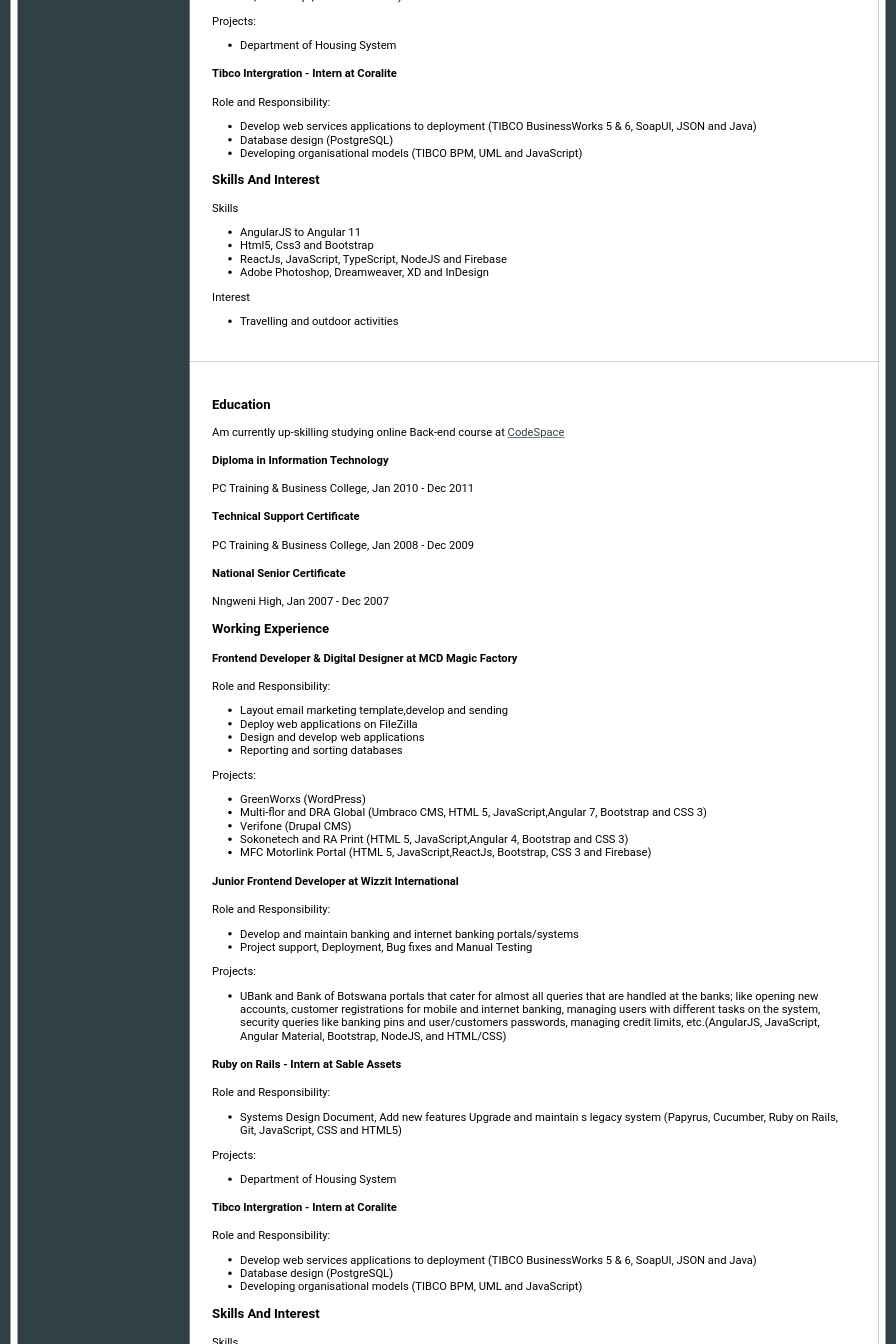
Repository: Patricious/Digital-Resume-01
Page: index.html
The author's editor kept a copy of each file at every save. The page is drawn from the files as they stood at one save, then again after the next save.
The browser window is 1280 px wide. The pictures show the part of the page from y = 1635 to 3555 px (the page is 3877 px tall before and 3636 px after), at 70% of full size.
A picture or video elsewhere on the page could not be fetched, so the positions and the page height are approximate.

Above is the page before, as saved 2021-08-23 11:01:29.

### index.html
<!DOCTYPE html>
<html>

<head>
    <title>Patricia Digital Resume</title>
    <link rel="stylesheet" type="text/css" href="css/stylesheet.css">
</head>

<body>

    <header>
        <img src="img/IMG_20200502_085519.jpg" alt="profile" width="200" height="200" />
        <h1>Patricia Mutshidza Mulaudzi</h1>
        <p>I am a passionate Software Developer who has developed websites, system portals, and email marketing templates for diverse clients. I have experience in various programming languages and I'm keen on implementing them into systems that could make
            life simpler and easier for different generations of users. I enjoy problem-solving and eagerly embrace new challenges as I learn new things. I also really enjoy working in teams and the collaboration and knowledge sharing it brings. I am
            eager for projects that can grow and further improve my development skills. I am as confident in managing my individual tasks as I am a team player. This makes me flexible when collaborating in different teams.</p>
    </header>
    <aside>
        <h2>Menu</h2>
        <ul class="nav">
            <li>
                <a href="#education">Education</a>
            </li>
            <li>
                <a href="#experience">Experience</a>
            </li>
            <li>
                <a href="#skills">Skills</a>
            </li>

        </ul>
    </aside>
    <section>
        <article>
            <h3 id="#education"> <span>Education</span>
            </h3>
            <p> Am currently up-skilling studying online Back-end course at
                <a href="https://www.codespace.co.za/courses/?matchtype=b&device=c&keyword=codespace&adgroupid=81088003381&utm_campaign=8148639553&utm_source=google&utm_medium=cpc&gclid=EAIaIQobChMIkP_7q8bG8gIV1uvtCh0w7A1-EAAYASAAEgL34vD_BwE"> CodeSpace</a>
            </p>

            <h4>Diploma in Information Technology </h4>

            <p>PC Training & Business College, Jan 2010 - Dec 2011</p>
            <h4>Technical Support Certificate </h4>


            <p>PC Training & Business College, Jan 2008 - Dec 2009</p>

            <h4>National Senior Certificate</h4>


            <p>Nngweni High, Jan 2007 - Dec 2007</p>
        </article>
    </section>
    <section>
        <article>
            <h3 id="#experience"> Working Experience</h3>
            <h4>Frontend Developer & Digital Designer at MCD Magic Factory
            </h4>
            <p>Role and Responsibility:</p>
            <ul>
                <li>Layout email marketing template,develop and sending</li>
                <li> Deploy web applications on FileZilla</li>
                <li>Design and develop web applications</li>
                <li>Reporting and sorting databases</li>
            </ul>
            <p>Projects:</p>
            <ul>
                <li>GreenWorxs (WordPress)</li>
                <li>Multi-flor and DRA Global (Umbraco CMS, HTML 5, JavaScript,Angular 7, Bootstrap and CSS 3)</li>
                <li>Verifone (Drupal CMS)</li>
                <li>Sokonetech and RA Print (HTML 5, JavaScript,Angular 4, Bootstrap and CSS 3)</li>
                <li>MFC Motorlink Portal (HTML 5, JavaScript,ReactJs, Bootstrap, CSS 3 and Firebase)</li>
            </ul>

            <h4>Junior Frontend Developer at Wizzit International
            </h4>
            <p>Role and Responsibility:</p>
            <ul>
                <li>Develop and maintain banking and internet banking portals/systems</li>
                <li>Project support, Deployment, Bug fixes and Manual Testing</li>

            </ul>
            <p>Projects:</p>
            <ul>
                <li>UBank and Bank of Botswana portals that cater for almost all queries that are handled at the banks; like opening new accounts, customer registrations for mobile and internet banking, managing users with different tasks on the system, security
                    queries like banking pins and user/customers passwords, managing credit limits, etc.(AngularJS, JavaScript, Angular Material, Bootstrap, NodeJS, and HTML/CSS)</li>
            </ul>

            <h4>Ruby on Rails - Intern at Sable Assets
            </h4>
            <p>Role and Responsibility:</p>
            <ul>
                <li>Systems Design Document, Add new features Upgrade and maintain s legacy system (Papyrus, Cucumber, Ruby on Rails, Git, JavaScript, CSS and HTML5)</li>

            </ul>
            <p>Projects:</p>
            <ul>
                <li>Department of Housing System</li>
            </ul>

            <h4>Tibco Intergration - Intern at Coralite
            </h4>
            <p>Role and Responsibility:</p>
            <ul>
                <li>Develop web services applications to deployment (TIBCO BusinessWorks 5 & 6, SoapUI, JSON and Java)
                </li>
                <li>Database design (PostgreSQL)</li>
                <li>Developing organisational models (TIBCO BPM, UML and JavaScript)</li>
            </ul>


            <h3 id="#skills">Skills And Interest</h3>
            <p>Skills</p>
            <ul>
                <li>AngularJS to Angular 11</li>
                <li>Html5, Css3 and Bootstrap</li>
                <li>ReactJs, JavaScript, TypeScript, NodeJS and Firebase</li>
                <li>Adobe Photoshop, Dreamweaver, XD and InDesign</li>
            </ul>
            <p>Interest </p>
            <ul>
                <li>Travelling and outdoor activities</li>
            </ul>
        </article>
    </section>
    <section>
        <article>
            <h3 id="#education"> <span>Education</span>
            </h3>
            <p> Am currently up-skilling studying online Back-end course at
                <a href="https://www.codespace.co.za/courses/?matchtype=b&device=c&keyword=codespace&adgroupid=81088003381&utm_campaign=8148639553&utm_source=google&utm_medium=cpc&gclid=EAIaIQobChMIkP_7q8bG8gIV1uvtCh0w7A1-EAAYASAAEgL34vD_BwE"> CodeSpace</a>
            </p>

            <h4>Diploma in Information Technology </h4>

            <p>PC Training & Business College, Jan 2010 - Dec 2011</p>
            <h4>Technical Support Certificate </h4>


            <p>PC Training & Business College, Jan 2008 - Dec 2009</p>

            <h4>National Senior Certificate</h4>


            <p>Nngweni High, Jan 2007 - Dec 2007</p>


            <h3 id="#experience"> Working Experience</h3>
            <h4>Frontend Developer & Digital Designer at MCD Magic Factory
            </h4>
            <p>Role and Responsibility:</p>
            <ul>
                <li>Layout email marketing template,develop and sending</li>
                <li> Deploy web applications on FileZilla</li>
                <li>Design and develop web applications</li>
                <li>Reporting and sorting databases</li>
            </ul>
            <p>Projects:</p>
            <ul>
                <li>GreenWorxs (WordPress)</li>
                <li>Multi-flor and DRA Global (Umbraco CMS, HTML 5, JavaScript,Angular 7, Bootstrap and CSS 3)</li>
                <li>Verifone (Drupal CMS)</li>
                <li>Sokonetech and RA Print (HTML 5, JavaScript,Angular 4, Bootstrap and CSS 3)</li>
                <li>MFC Motorlink Portal (HTML 5, JavaScript,ReactJs, Bootstrap, CSS 3 and Firebase)</li>
            </ul>

            <h4>Junior Frontend Developer at Wizzit International
            </h4>
            <p>Role and Responsibility:</p>
            <ul>
                <li>Develop and maintain banking and internet banking portals/systems</li>
                <li>Project support, Deployment, Bug fixes and Manual Testing</li>

            </ul>
            <p>Projects:</p>
            <ul>
                <li>UBank and Bank of Botswana portals that cater for almost all queries that are handled at the banks; like opening new accounts, customer registrations for mobile and internet banking, managing users with different tasks on the system, security
                    queries like banking pins and user/customers passwords, managing credit limits, etc.(AngularJS, JavaScript, Angular Material, Bootstrap, NodeJS, and HTML/CSS)</li>
            </ul>

            <h4>Ruby on Rails - Intern at Sable Assets
            </h4>
            <p>Role and Responsibility:</p>
            <ul>
                <li>Systems Design Document, Add new features Upgrade and maintain s legacy system (Papyrus, Cucumber, Ruby on Rails, Git, JavaScript, CSS and HTML5)</li>

            </ul>
            <p>Projects:</p>
            <ul>
                <li>Department of Housing System</li>
            </ul>

            <h4>Tibco Intergration - Intern at Coralite
            </h4>
            <p>Role and Responsibility:</p>
            <ul>
                <li>Develop web services applications to deployment (TIBCO BusinessWorks 5 & 6, SoapUI, JSON and Java)
                </li>
                <li>Database design (PostgreSQL)</li>
                <li>Developing organisational models (TIBCO BPM, UML and JavaScript)</li>
            </ul>


            <h3 id="#skills">Skills And Interest</h3>
            <p>Skills</p>
            <ul>
                <li>AngularJS to Angular 11</li>
                <li>Html5, Css3 and Bootstrap</li>
                <li>ReactJs, JavaScript, TypeScript, NodeJS and Firebase</li>
                <li>Adobe Photoshop, Dreamweaver, XD and InDesign</li>
            </ul>
            <p>Interest </p>
            <ul>
                <li>Travelling and outdoor activities</li>
            </ul>
        </article>
    </section>
    <footer>
        <h2>Contact Details</h2>
        <a href="https://www.linkedin.com/in/patricia-mulaudzi-93b526101/"><img src="In.jpeg" alt="LinkedIN"></a>
        <a href=""><img src="fb.png" alt="Facebook"></a>
        <a href="mailto:mulaudzi689@gmail.com"><img src="Gm.png" alt="Gmail"></a>
    </footer>
</body>

</html>

### css/stylesheet.css
    body {
        font-family: 'Roboto', sans-serif;
        font-size: 100%;
        background-color: #ffffff;
        margin: 10px;
        overflow: scroll;
    }

    html {
        border: 15px solid #304145;
    }

    header {
        text-align: center;
        background-color: #304145;
        color: #ffffff;
        padding: 1em;
    }

    aside {
        background-color: #F1F1F3;
        color: #304145;
        width: 15%;
        padding: 2em;
        height: 100%;
        float: left;
        position: absolute;
        flex: 0 0 auto;
    }

    .nav {
        list-style-type: none;
        margin: 0;
        padding: 0;
    }

    a {
        color: #304145;
    }

    section {
        float: right;
        margin-left: 20%;
        background-color: #ffffff;
        flex: 1 1 auto;
        padding: 2em;
    }

    footer {
        background-color: #304145;
        text-align: center;
        color: #ffffff;
        padding: 1em;
    }

After the next save:
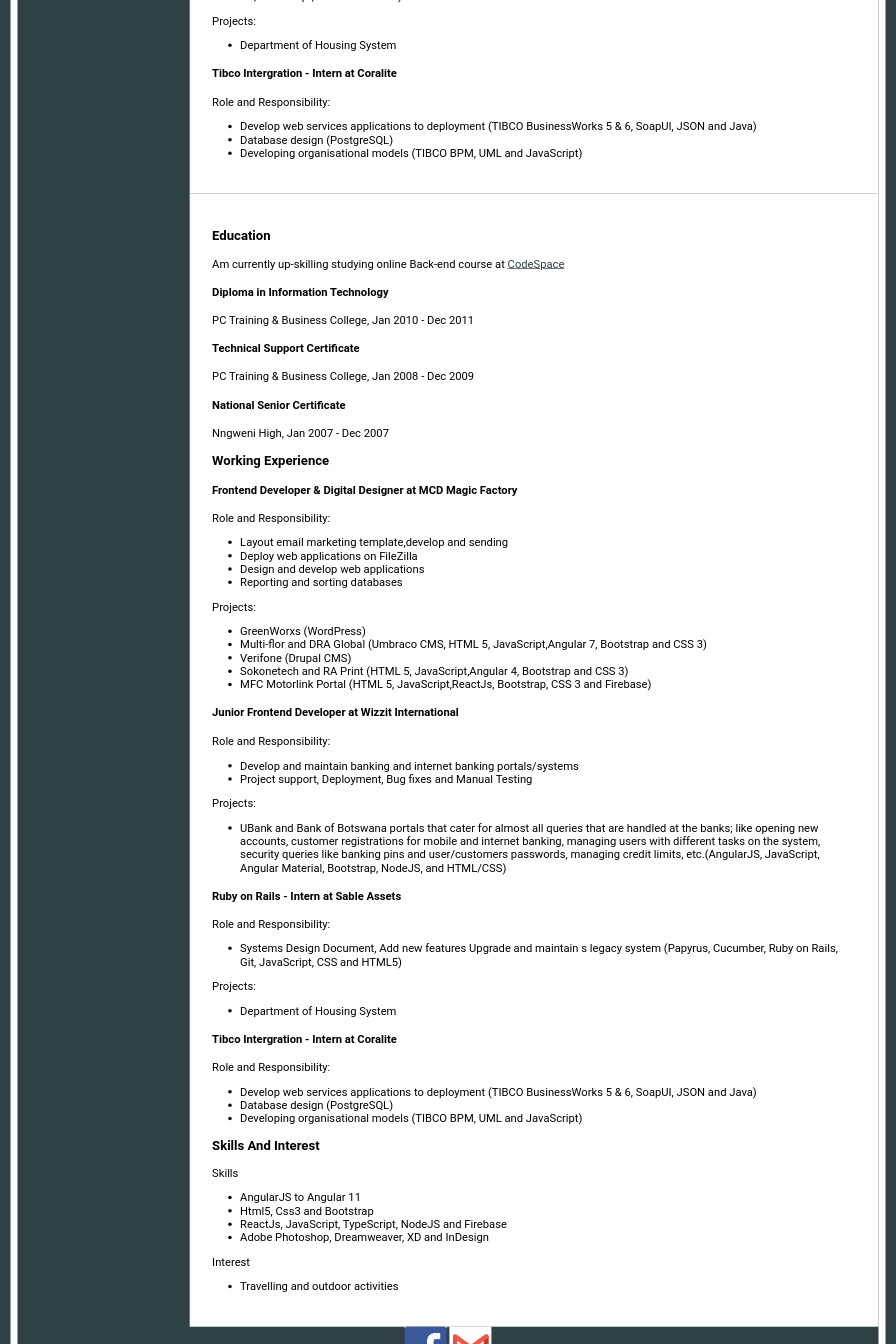
Saved 11 s later.
--- a/index.html
+++ b/index.html
@@ -108,20 +108,6 @@
                 <li>Database design (PostgreSQL)</li>
                 <li>Developing organisational models (TIBCO BPM, UML and JavaScript)</li>
             </ul>
-
-
-            <h3 id="#skills">Skills And Interest</h3>
-            <p>Skills</p>
-            <ul>
-                <li>AngularJS to Angular 11</li>
-                <li>Html5, Css3 and Bootstrap</li>
-                <li>ReactJs, JavaScript, TypeScript, NodeJS and Firebase</li>
-                <li>Adobe Photoshop, Dreamweaver, XD and InDesign</li>
-            </ul>
-            <p>Interest </p>
-            <ul>
-                <li>Travelling and outdoor activities</li>
-            </ul>
         </article>
     </section>
     <section>
